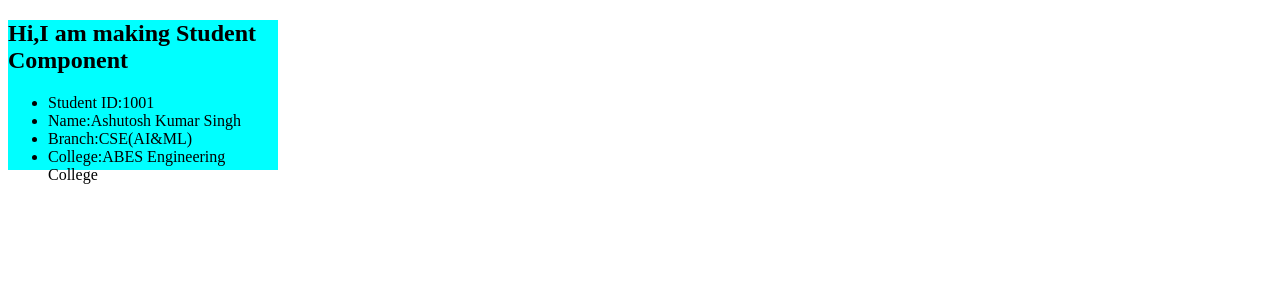
Repository: ashurauza/FSD_Sem5
Page: / (app in FSD_Sem5/CSS/ReactRevisionDOM/)
An editor plug-in stored every save of this project. The page is shown before and after the next save, followed by the edit.
The browser window is 1280 px wide. The pictures show the whole page.
The project was rebuilt for these pictures with package versions that can differ from the ones it lists, and the page was loaded fresh each time.

Above is the page before, as saved 2025-10-27 09:29:59.

After the next save:
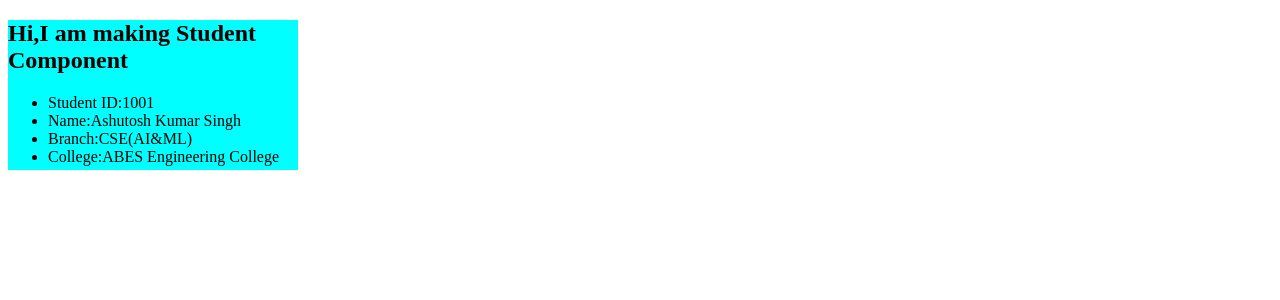
Saved 10 s later.
--- a/FSD_Sem5/CSS/ReactRevisionDOM/student.jsx
+++ b/FSD_Sem5/CSS/ReactRevisionDOM/student.jsx
@@ -20,6 +20,6 @@ const wrapper1=(
     </>
 )
 
-const wrapper = React.createElement("div", {style: {height:150,width:270,backgroundColor: 'cyan'}}, [h21, ul1]);
+const wrapper = React.createElement("div", {style: {height:150,width:290,backgroundColor: 'cyan'}}, [h21, ul1]);
 
 root.render(wrapper);
